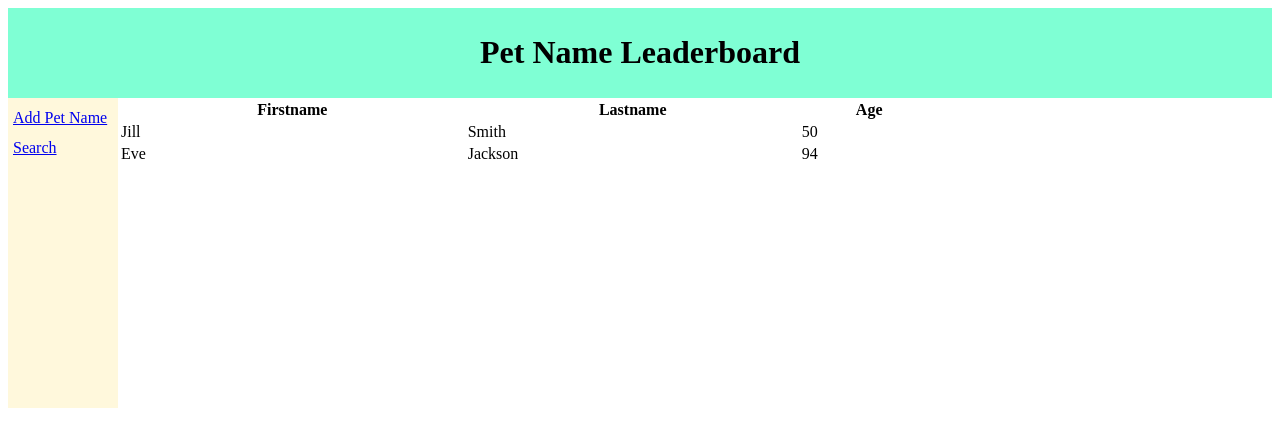
Repository: mutterbucket/TriplettTermProject4830
Page: workspaceCSCI4830-tech-excercise-Triplett/techExcerciseTriplett/WebContent/leaderboard.html
These files come from the project's save history. The page is drawn as it stood at one moment and after the next save; the edit follows.
The browser window is 1280 px wide. The pictures show the whole page.

Above is the page before, as saved 2020-02-21 23:07:23.

After the next save:
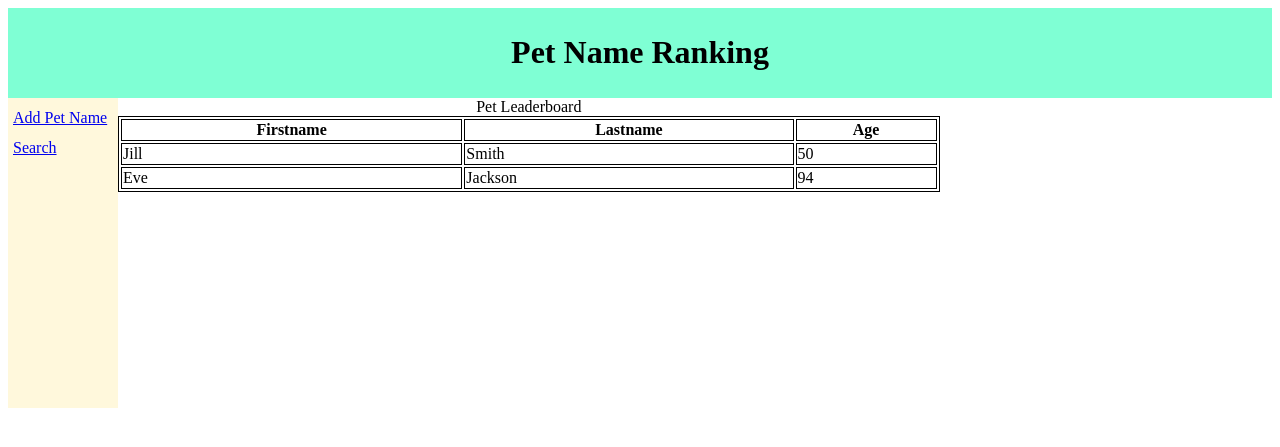
Saved 2 min 32 s later.
--- a/workspaceCSCI4830-tech-excercise-Triplett/techExcerciseTriplett/WebContent/leaderboard.html
+++ b/workspaceCSCI4830-tech-excercise-Triplett/techExcerciseTriplett/WebContent/leaderboard.html
@@ -29,11 +29,14 @@ footer {
     text-align:center;
     padding:5px;
 }
+table, th, td {
+  border: 1px solid black;
+}
 </style>
 </head>
 <body>
 <header>
-<h1>Pet Name Leaderboard</h1>
+<h1>Pet Name Ranking</h1>
 </header>
 
 <nav>
@@ -42,6 +45,7 @@ footer {
 </nav>
 
 <table style="width:65%">
+  <caption>Pet Leaderboard</caption>
   <tr>
     <th>Firstname</th>
     <th>Lastname</th>
